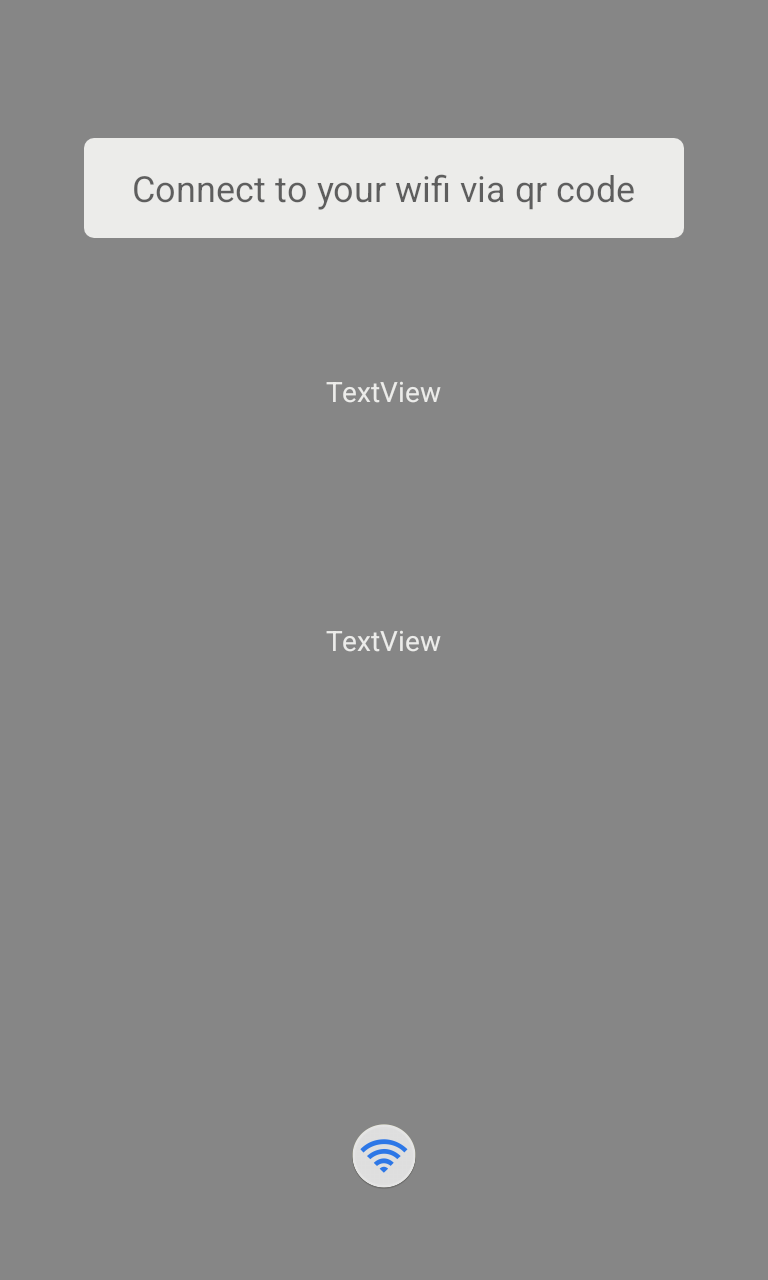
Repository: Kitsopappas/Qr-Fidelity
Layout: QrFidelity/res/layout/connect_wifi_fragment.xml
The author's editor kept a copy of each file at every save. The layout is drawn from the files as they stood at one save, then again after the next save.
It is drawn on a 768 x 1280 px phone screen (xhdpi) without system bars, with theme AppTheme; the app's code is not run.

Above is the layout before, as saved 2015-02-22 01:48:40.

### QrFidelity/res/layout/connect_wifi_fragment.xml
<RelativeLayout xmlns:android="http://schemas.android.com/apk/res/android"
    xmlns:tools="http://schemas.android.com/tools"
    android:layout_width="match_parent"
    android:layout_height="match_parent"
    android:background="#868686"
    tools:context="com.chris.wifique.MainActivity" >

    <RelativeLayout
        android:id="@+id/relativeLayout1"
        android:layout_width="300dp"
        android:layout_height="50dp"
        android:layout_alignParentTop="true"
        android:layout_centerHorizontal="true"
        android:layout_marginTop="69dp"
        android:background="@drawable/rounded_panel" >

        <TextView
            android:id="@+id/textView1"
            android:layout_width="wrap_content"
            android:layout_height="wrap_content"
            android:layout_centerHorizontal="true"
            android:layout_centerVertical="true"
            android:text="@string/scann_to_con"
            android:textAppearance="?android:attr/textAppearanceMedium" />
    </RelativeLayout>

    <ImageButton
        android:id="@+id/connect"
        android:layout_width="wrap_content"
        android:layout_height="wrap_content"
        android:layout_alignParentBottom="true"
        android:layout_centerHorizontal="true"
        android:layout_marginBottom="44dp"
        android:background="#00000000"
        android:contentDescription="@string/connect"
        android:src="@drawable/ic"
        android:text="@string/connect"
        android:textColor="#ececea" />

    <TextView
        android:id="@+id/plain_text"
        android:textColor="#ececea"
        android:layout_width="wrap_content"
        android:layout_height="wrap_content"
        android:layout_below="@+id/relativeLayout1"
        android:layout_centerHorizontal="true"
        android:layout_marginTop="67dp"
        android:text="TextView" />

    <TextView
        android:id="@+id/encrypted"
        android:textColor="#ececea"
        android:layout_width="wrap_content"
        android:layout_height="wrap_content"
        android:layout_alignRight="@+id/plain_text"
        android:layout_centerVertical="true"
        android:text="TextView" />

</RelativeLayout>

### QrFidelity/res/drawable/rounded_panel.xml
<?xml version="1.0" encoding="utf-8"?>
<shape xmlns:android="http://schemas.android.com/apk/res/android"
    android:shape="rectangle" >
  <item>
        <shape android:shape="rectangle">
            <solid android:color="#ececea"/>
            <corners android:radius="2dp" />
        </shape>
    </item>
    <!-- view background color -->
    <solid android:color="#ececea" >
    </solid>


    <!-- If you want to add some padding -->
    <padding
        android:bottom="4dp"
        android:left="4dp"
        android:right="4dp"
        android:top="4dp" >
    </padding>

    <!-- Here is the corner radius -->
    <corners android:radius="5dp" >
    </corners>

</shape>

### QrFidelity/res/values/strings.xml
<?xml version="1.0" encoding="utf-8"?>
<resources>

    <string name="app_name">Qr Fidelity</string>
    <string name="hello_world">Hello world!</string>
    <string name="action_settings">Settings</string>
    <string name="connect">Connect</string>
    <string name="scann_to_con">Connect to your wifi via qr code</string>
    <string name="title_activity_generate_qr">GenerateQR</string>


    <string name="drawer_open">Slider Menu Opened</string>
    <string name="drawer_close">Slider Menu Closed</string>

    <!-- Nav Drawer Menu Items -->
    <string-array name="nav_drawer_items">
        <item >Home</item>
        <item >Find People</item>
        <item >Photos</item>
        <item >Communities</item>
        <item >Pages</item>
        <item >What\'s Hot</item>
    </string-array>

    <!-- Nav Drawer List Item Icons -->
    <!-- Keep them in order as the titles are in -->
    <array name="nav_drawer_icons">
        <item>@drawable/ic_home</item>
        <item>@drawable/ic_people</item>
        <item>@drawable/ic_photos</item>
        <item>@drawable/ic_communities</item>
        <item>@drawable/ic_pages</item>
        <item>@drawable/ic_whats_hot</item>
    </array>

    <!-- Content Description -->
    <string name="desc_list_item_icon">Item Icon</string>


</resources>

Loaded but not shown: QrFidelity/res/values/styles.xml (common file); QrFidelity/res/values-v11/styles.xml (common file); QrFidelity/res/values-v14/styles.xml (common file)

After the next save:
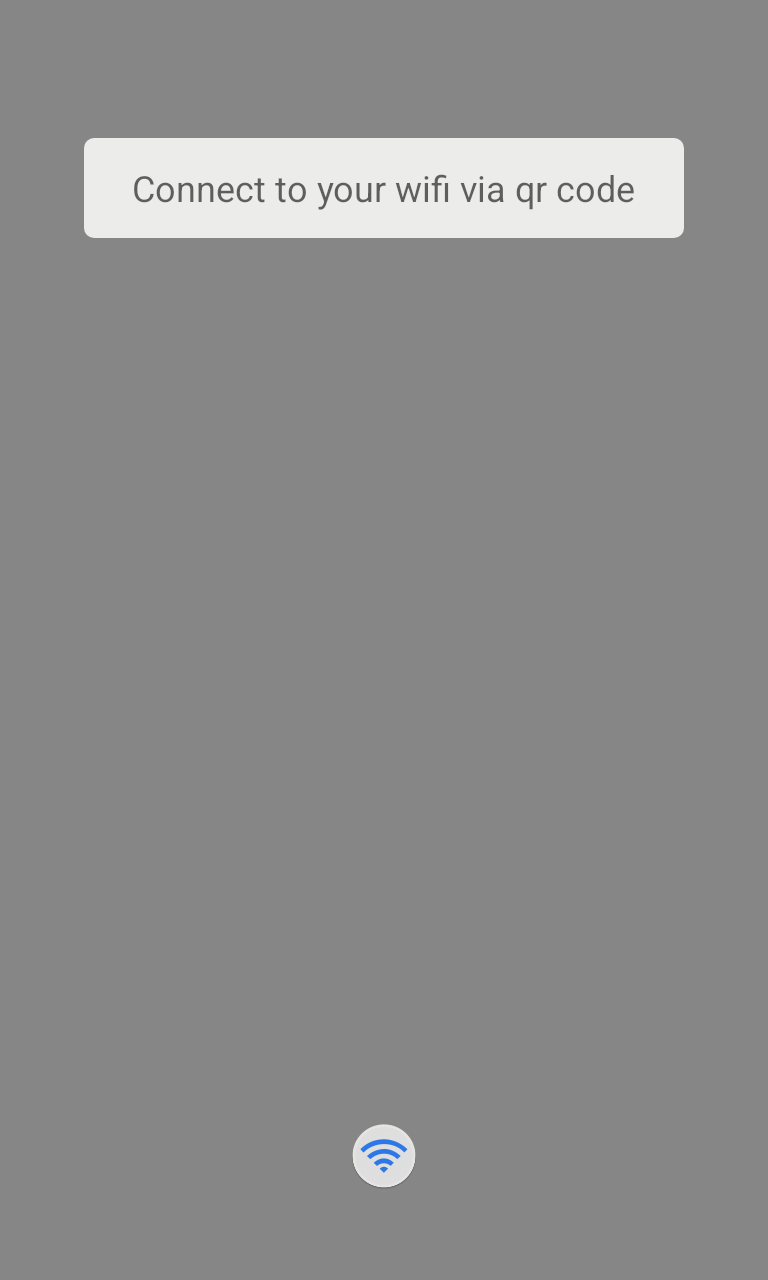
Saved 14 s later.
--- a/QrFidelity/res/layout/connect_wifi_fragment.xml
+++ b/QrFidelity/res/layout/connect_wifi_fragment.xml
@@ -37,23 +37,4 @@
         android:text="@string/connect"
         android:textColor="#ececea" />
 
-    <TextView
-        android:id="@+id/plain_text"
-        android:textColor="#ececea"
-        android:layout_width="wrap_content"
-        android:layout_height="wrap_content"
-        android:layout_below="@+id/relativeLayout1"
-        android:layout_centerHorizontal="true"
-        android:layout_marginTop="67dp"
-        android:text="TextView" />
-
-    <TextView
-        android:id="@+id/encrypted"
-        android:textColor="#ececea"
-        android:layout_width="wrap_content"
-        android:layout_height="wrap_content"
-        android:layout_alignRight="@+id/plain_text"
-        android:layout_centerVertical="true"
-        android:text="TextView" />
-
 </RelativeLayout>
